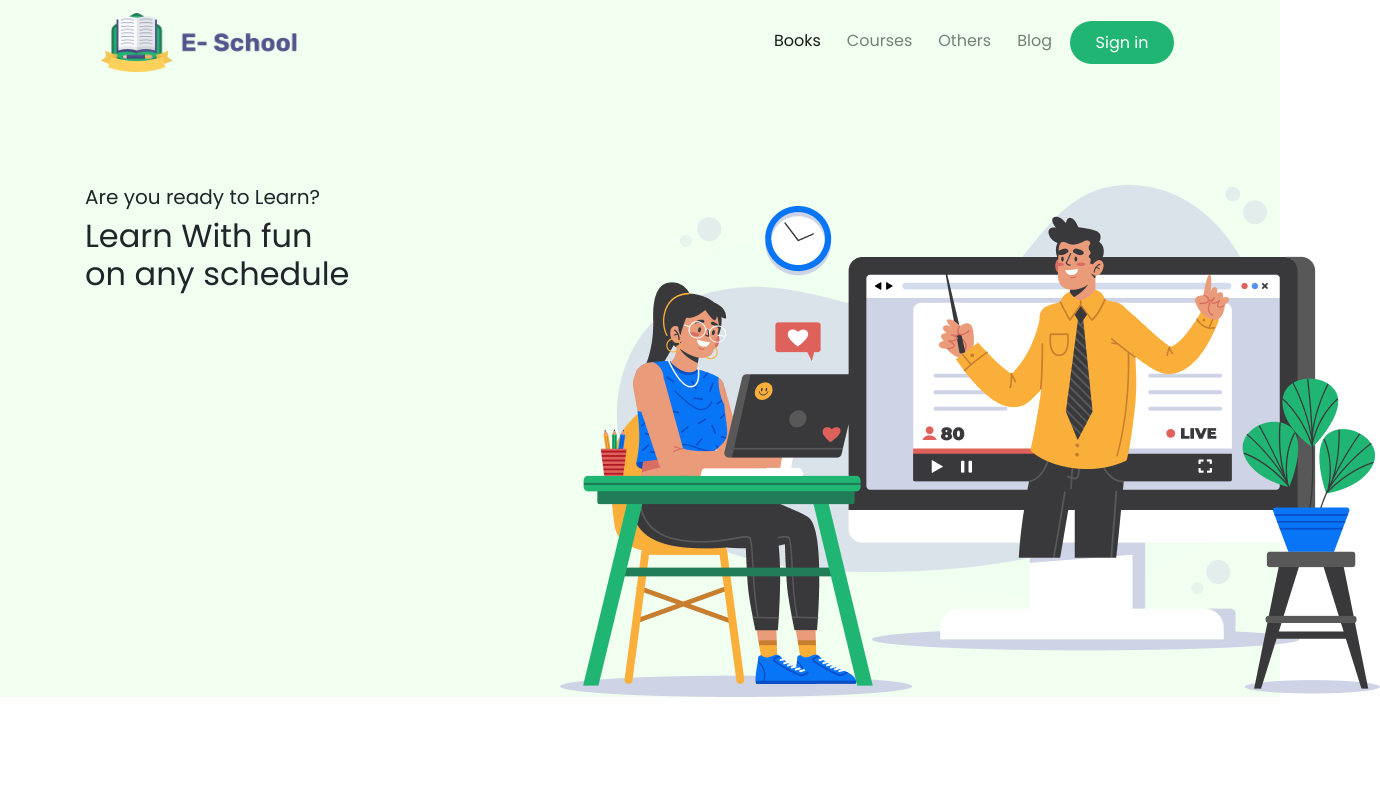
Repository: mohsinfarabi/e-school
Page: index.html
These files come from the project's save history. The page is drawn as it stood at one moment and after the next save; the edit follows.
The browser window is 1280 px wide. The page is 1380 px wide, so the pictures cover 1380 px, including what lies to the right of the window. The pictures show the whole page.

Above is the page before, as saved 2020-07-08 03:05:58.

### index.html
<!DOCTYPE html>
<html lang="en">

<head>
    <meta charset="UTF-8">
    <meta name="viewport" content="width=device-width, initial-scale=1.0">
    <link rel="stylesheet" href="css/bootstrap/css/bootstrap.min.css">
    <link rel="stylesheet" href="style.css">
    <link rel="stylesheet" href="https://fonts.googleapis.com/css2?family=Poppins">
    <title>E-School</title>
</head>

<body>
    <section class="top-part">
        <div class="container">
            <nav class="navbar navbar-expand-lg navbar-light bg-transparent">
                <a class="navbar-brand" href="#"><img src="images/icon/Logo.png " alt=" "></a>
                </a>
                <button class="navbar-toggler" type="button" data-toggle="collapse" data-target="#navbarNav" aria-controls="navbarNav" aria-expanded="false" aria-label="Toggle navigation">
                  <span class="navbar-toggler-icon"></span>
                </button>

                <div class="collapse navbar-collapse" id="navbarNav">
                    <ul class="navbar-nav ml-auto">
                        <li class="nav-item active ">
                            <a class="nav-link " href="#books ">Books</a>
                        </li>
                        <li class="nav-item ">
                            <a class="nav-link " href="#courses ">Courses</a>
                        </li>
                        <li class="nav-item ">
                            <a class="nav-link " href="#others ">Others</a>
                        </li>
                        <li class="nav-item ">
                            <a class="nav-link " href="#blog ">Blog</a>
                        </li>
                        <li class="nav-item ">
                            <button class="sign-in ">Sign in</button>
                        </li>

                    </ul>
                </div>

            </nav>
        </div>
        <div class="container">
            <div class="row">
                <div class="col-md-5">

                    <h5>Are you ready to Learn?</h5>
                    <h2>Learn With fun <br> on any schedule</h2>


                </div>
                <div class="col-md-7">

                    <img src="images/Photos/Illustration.png" alt="">
                </div>
            </div>
        </div>
    </section>












    <script src="https://code.jquery.com/jquery-3.5.1.slim.min.js " integrity="sha384-DfXdz2htPH0lsSSs5nCTpuj/zy4C+OGpamoFVy38MVBnE+IbbVYUew+OrCXaRkfj " crossorigin="anonymous "></script>
    <script src="https://cdn.jsdelivr.net/npm/popper.js@1.16.0/dist/umd/popper.min.js " integrity="sha384-Q6E9RHvbIyZFJoft+2mJbHaEWldlvI9IOYy5n3zV9zzTtmI3UksdQRVvoxMfooAo " crossorigin="anonymous "></script>
    <script src="https://stackpath.bootstrapcdn.com/bootstrap/4.5.0/js/bootstrap.min.js " integrity="sha384-OgVRvuATP1z7JjHLkuOU7Xw704+h835Lr+6QL9UvYjZE3Ipu6Tp75j7Bh/kR0JKI " crossorigin="anonymous "></script>
</body>

</html>

### style.css
body {
    font-family: 'Poppins', sans-serif;
}

.container {
    margin-bottom: 100px;
}

.top-part {
    background-color: #F0FFF0;
}

.bg-light {
    background-color: #F0FFF0;
}

.navbar img {
    width: 198.07px;
    height: 59px;
}

.nav-item {
    padding: 5px;
    color: black;
}

.sign-in {
    width: 104px;
    height: 43px;
    border: none;
    background: #21B573;
    border-radius: 33px;
    color: white;
}

Loaded but not shown: css/bootstrap/css/bootstrap.min.css (library)

After the next save:
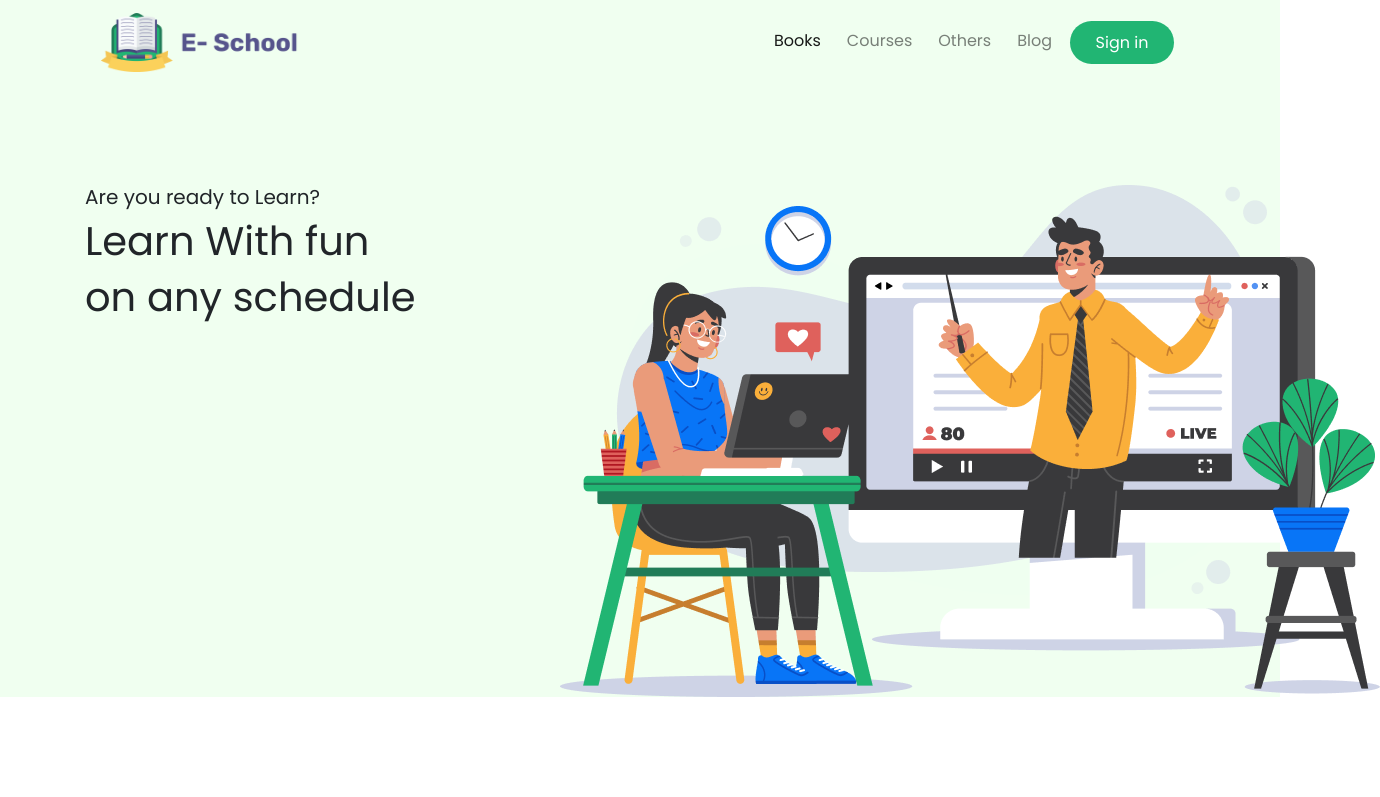
Saved 52 s later.
--- a/index.html
+++ b/index.html
@@ -48,7 +48,8 @@
                 <div class="col-md-5">
 
                     <h5>Are you ready to Learn?</h5>
-                    <h2>Learn With fun <br> on any schedule</h2>
+                    <h1>Learn With fun </h1>
+                    <h1>on any schedule</h1>
 
 
                 </div>
